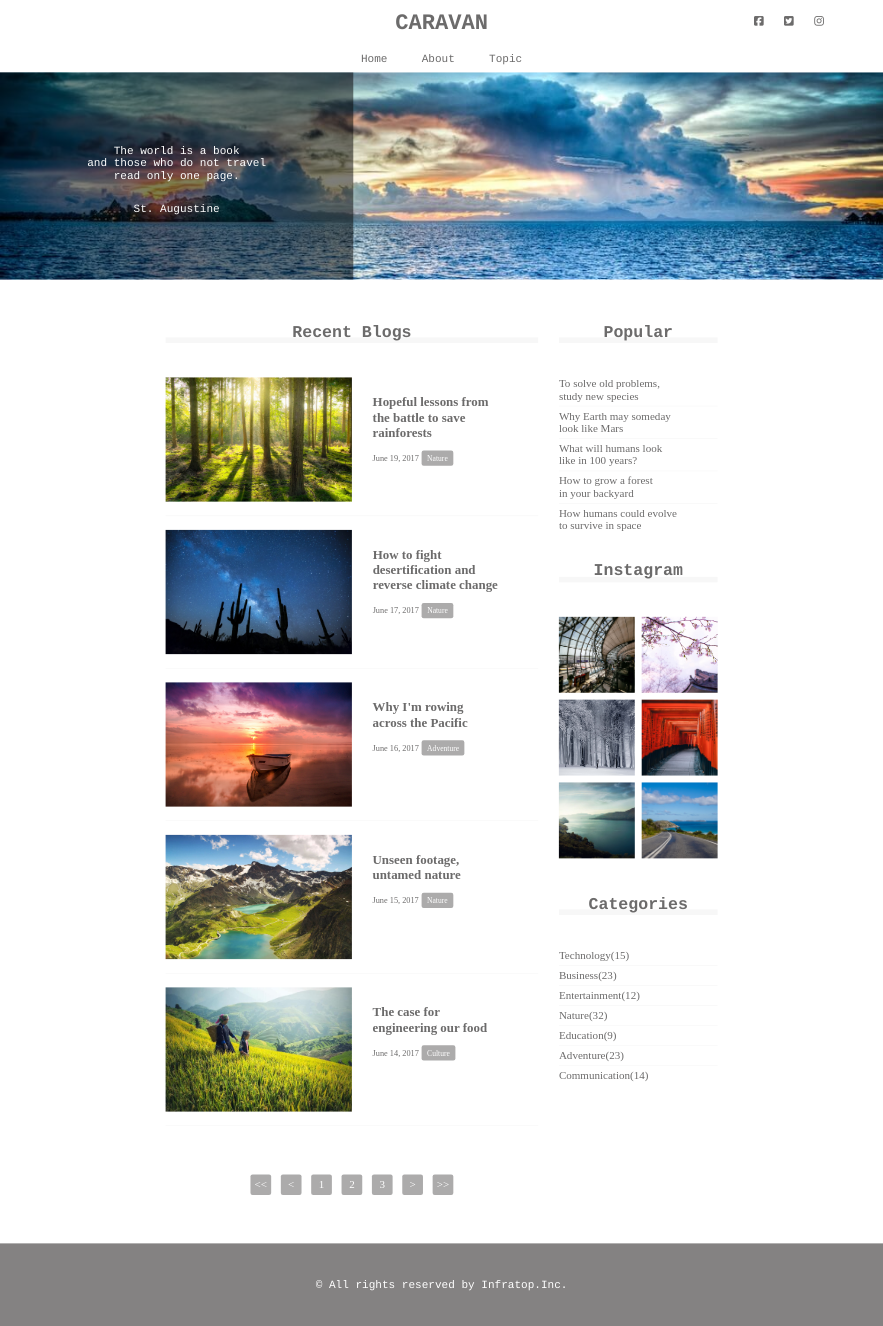
Repository: shimizuayuka/wcp_PHP
Page: caravan/index.html
The author's editor kept a record of every edit. The page is drawn from the files as they stood at one moment, then again after the next edit.
The browser window is 1280 px wide. The pictures show the whole page, at 69% of full size.
Some web libraries are served in a nearby version.

Above is the page before.

### caravan/index.html
<!DOCTYPE html>
<html lang="ja">
  <head>
    <meta charset="UTF-8" />
    <meta name="viewport" content="width=device-width,initial-scale=1.0">
    <script src="https://kit.fontawesome.com/22867ca46b.js" crossorigin="anonymous"></script>
    <!-- CSSファイルの読み込み -->
    <link rel="stylesheet" href="style.css" />
    <title>CARAVAN</title>
  </head>

  <body>
    <!-- header -->
    <header>
      <h1 class="heading">
        <a href="index.html">
          CARAVAN
        </a>
      </h1>

      <div class="social">
        <i class="fab fa-facebook-square"></i>
        <i class="fab fa-twitter-square"></i>
        <i class="fab fa-instagram"></i>
      </div>
    </header>

     <!-- navigation -->
    <nav>
      <ul class="nav-list">
        <li class="nav-list-item">
          <a href="index.html">Home</a>
        </li>
        <li class="nav-list-item">About</li>
        <li class="nav-list-item">Topic</li>
      </ul>
    </nav>

    <!-- main-visual用のdiv -->
    <div class="main-visual">
      <div class="main-visual-content">
         <!-- pタグ（と文字）を追加 -->
       <p class="main-visual-text">
          The world is a book<br />
          and those who do not travel<br />
          read only one page.
        </p>
        <p class="main-visual-name">
          St. Augustine
        </p>
      </div>
    </div>

    <!-- main用のdiv -->
     <main>
      <section class="blog">
        <h2 class="blog-heading">Recent Blogs</h2>

         <div class="blog-box">
          <div class="blog-item">
            <img class="blog-image" src="img/img/forest.jpg" />
            <section class="blog-text">
              <h3 class="blog-text-heading">
                <a href="single.html">
                  Hopeful lessons from<br>
                  the battle to save<br>
                  rainforests
                </a>
              </h3>
              <p class="blog-date">June 19, 2017</p>
              <span class="category">Nature</span>
            </section>
          </div>
          <div class="blog-item">
            <img class="blog-image" src="img/img/desert.jpg" />
            <section class="blog-text">
              <h3 class="blog-text-heading">
                <a href="single.html">
                  How to fight<br>
                  desertification and<br>
                  reverse climate change
                </a>
              </h3>
              <p class="blog-date">June 17, 2017</p>
              <span class="category">Nature</span>
            </section>
          </div>
          <div class="blog-item">
            <img class="blog-image" src="img/img/sunset.jpg" />
            <section class="blog-text">
              <h3 class="blog-text-heading">
                <a href="single.html">
                  Why I'm rowing<br>
                  across the Pacific
                </a>
              </h3>
              <p class="blog-date">June 16, 2017</p>
              <span class="category">Adventure</span>
            </section>
          </div>
          <div class="blog-item">
            <img class="blog-image" src="img/img/italy.jpg" />
            <section class="blog-text">
              <h3 class="blog-text-heading">
                <a href="single.html">
                  Unseen footage,<br>
                  untamed nature
                </a>
              </h3>
              <p class="blog-date">June 15, 2017</p>
              <span class="category">Nature</span>
            </section>
          </div>
          <div class="blog-item">
            <img class="blog-image" src="img/img/asia.jpg" />
            <section class="blog-text">
              <h3 class="blog-text-heading">
                <a href="single.html">
                  The case for<br>
                  engineering our food
                </a>
              </h3>
              <p class="blog-date">June 14, 2017</p>
              <span class="category">Culture</span>
            </section>
          </div>
        </div>
        <div class="pagination">
          <p><<</p>
          <p><</p>
          <p>1</p>
          <p>2</p>
          <p>3</p>
          <p>></p>
          <p>>></p>
        </div>
      </section>

      <div class="sidebar">
        <section class="popular">
          <h2 class="popular-heading common-heading">Popular</h2>
          <div class="sidebar-contents">
             <p class="popular-text">To solve old problems,<br>study new species</p>
            <p class="popular-text">Why Earth may someday<br>look like Mars</p>
            <p class="popular-text">What will humans look<br>like in 100 years?</p>
            <p class="popular-text">How to grow a forest<br>in your backyard</p>
            <p class="popular-text">How humans could evolve<br>to survive in space</p>
          </div>
        </section>
        <section class="instagram">
          <h2 class="instagram-heading common-heading">Instagram</h2>
          <div class="sidebar-contents">
            <div class="instagram-box"></div>
            <div class="instagram-box"></div>
            <div class="instagram-box"></div>
            <div class="instagram-box"></div>
            <div class="instagram-box"></div>
            <div class="instagram-box"></div>
          </div>
        </section>
        <section class="categories">
          <h2 class="categories-heading common-heading">Categories</h2>
          <div class="sidebar-contents">
            <p class="categories-text">Technology(15)</p>
            <p class="categories-text">Business(23)</p>
            <p class="categories-text">Entertainment(12)</p>
            <p class="categories-text">Nature(32)</p>
            <p class="categories-text">Education(9)</p>
            <p class="categories-text">Adventure(23)</p>
            <p class="categories-text">Communication(14)</p>
          </div>
        </section>
      </div>
    </main>

    <!-- footer -->
    <footer>
      <p class="footer-text">© All rights reserved by Infratop.Inc.</p>
    </footer>
  </body>
</html>

### caravan/style.css
/* ブラウザがそれぞれ持っているCSSをリセットするための記述 */
* {
  margin: 0;
  padding: 0;
  box-sizing: border-box;
  color: #6c6b6b;
}

a {
  text-decoration: none;
}

header, nav, h2, .main-visual, footer {
  font-family: Chalkduster, "Bradley Hand", Courier, "Segoe Print", sans-serif;
}

header {
  width: 90%; /* 横幅90% */
  padding: 15px 0;
  margin: 0 auto;
  text-align: center;
  position: relative;
}

.social i {
  display: inline-block;
  margin-left: 20px;
}

.social {
  position: absolute;
  top: 22px;
  right: 22px;
}

header .heading {
  /* headerタグ内のheadingクラスにのみ反映される */
  font-size: 32px;
}

.nav-list {
  text-align: center;
  padding: 10px 0;
  margin: 0 auto;
}

.nav-list-item {
  list-style: none;
  display: inline-block;
  margin: 0 20px;
}

.main-visual {
  width: 100%; /* 横幅いっぱい */
  height: 300px; /* 高さ300px */
  background-image: url(img/img/mv.jpg);
  background-size: cover; /* 縦横比を維持したまま背景領域を埋め尽くす */
  background-position: center; /* 背景画像を中央に配置 */
}

.main-visual-content {
  width: 40%; /* 横幅40% */
  height: 300px; /* 親の高さに揃える */
  background-color: rgba(0, 0, 0, 0.5); /* 背景色を半透明の黒にする */
  text-align: center; /* 文字を中央揃えにする */
  padding-top: 105px; /* 上側の内側余白で垂直方向の位置を調整 */
}

.main-visual-text {
  color: #fff; /* 文字色を白に変更 */
}

.main-visual-name {
  margin-top: 30px; /* 上側の外側の余白 */
  color: #fff; /* 文字色を白に変更 */
}

main {
  width: 800px; /* 横幅800px */
  display: flex; /* Flexboxの利用 */
  justify-content: center; /* 要素の横並び・中央寄せ */
  margin: 0 auto; /* 要素の中央揃え */
  padding: 70px 0; /* 上下に70px、左右に0pxの内側余白 */
}

.blog {
  width: 540px;
  margin-right: 30px; /* 領域の右側余白 */
}

.blog-heading {
  border-bottom: 8px solid #f7f7f7;
  text-align: center;
  line-height: 0.6;
}

.blog-box {
  padding-top: 50px;
}

.blog-item {
  padding-bottom: 20px;
  margin-bottom: 20px;
  border-bottom: 1px solid #f7f7f7;
  display: flex;
  justify-content: flex-start;
}

.blog-image {
  height: 180px;
}

.blog-text {
  padding: 25px 0 0 30px;
}

.blog-text-heading {
  padding-bottom: 15px;
}

.blog-date {
  font-size: 12px;
  display: inline-block;
}

.category {
  display: inline-block;
  padding: 5px 8px;
  background-color: #acabab;
  border-radius: 3px;
  color: #fff;
  font-size: 11px;
}

.pagination {
  text-align: center;
  padding-top: 50px;
}

.pagination p {
  display:inline-block;
  width: 30px;
  height: 30px;
  margin: 0 5px;
  color: #fff;
  background-color: #acabab;
  border-radius: 3px;
  line-height:30px;
}

.sidebar {
  width: 230px;
}

.common-heading {
  border-bottom: 8px solid #f7f7f7;
  text-align: center;
  line-height: 0.6;
}

.sidebar-contents {
  padding: 50px 0;
}

.popular-text,
.categories-text {
  padding-bottom: 5px;
  border-bottom: 1px solid #f7f7f7;
  margin-bottom: 5px;
}

.popular-text:last-child,
.categories-text:last-child {
  margin: 0;
  padding: 0;
  border: none;
}

.instagram .sidebar-contents {
  display: flex;
  flex-wrap: wrap;
}

.instagram-box {
  width: 110px;
  padding-top: 110px;
  background-size: cover;
  background-position: center;
  margin-bottom: 10px;
}

.instagram-box:nth-child(odd) {
  margin: 0 10px 10px 0;
}

.instagram-box:nth-child(1) {
  background-image: url(img/img/airport.jpg);
}

.instagram-box:nth-child(2) {
  background-image: url(img/img/japan.jpg);
}

.instagram-box:nth-child(3) {
  background-image: url(img/img/snow.jpg);
}

.instagram-box:nth-child(4) {
  background-image: url(img/img/japan2.jpg);
}

.instagram-box:nth-child(5) {
  background-image: url(img/img/lake.jpg);
}

.instagram-box:nth-child(6) {
  background-image: url(img/img/road.jpg);
}

footer {
  width: 100%;
  height: 120px;
  text-align: center;
  line-height: 120px;
  background-color: #848282;
}

.footer-text {
  color: #fff;
}

@media screen and (max-width: 425px) {
  header {
    width: 100%;
  }

After the next edit:
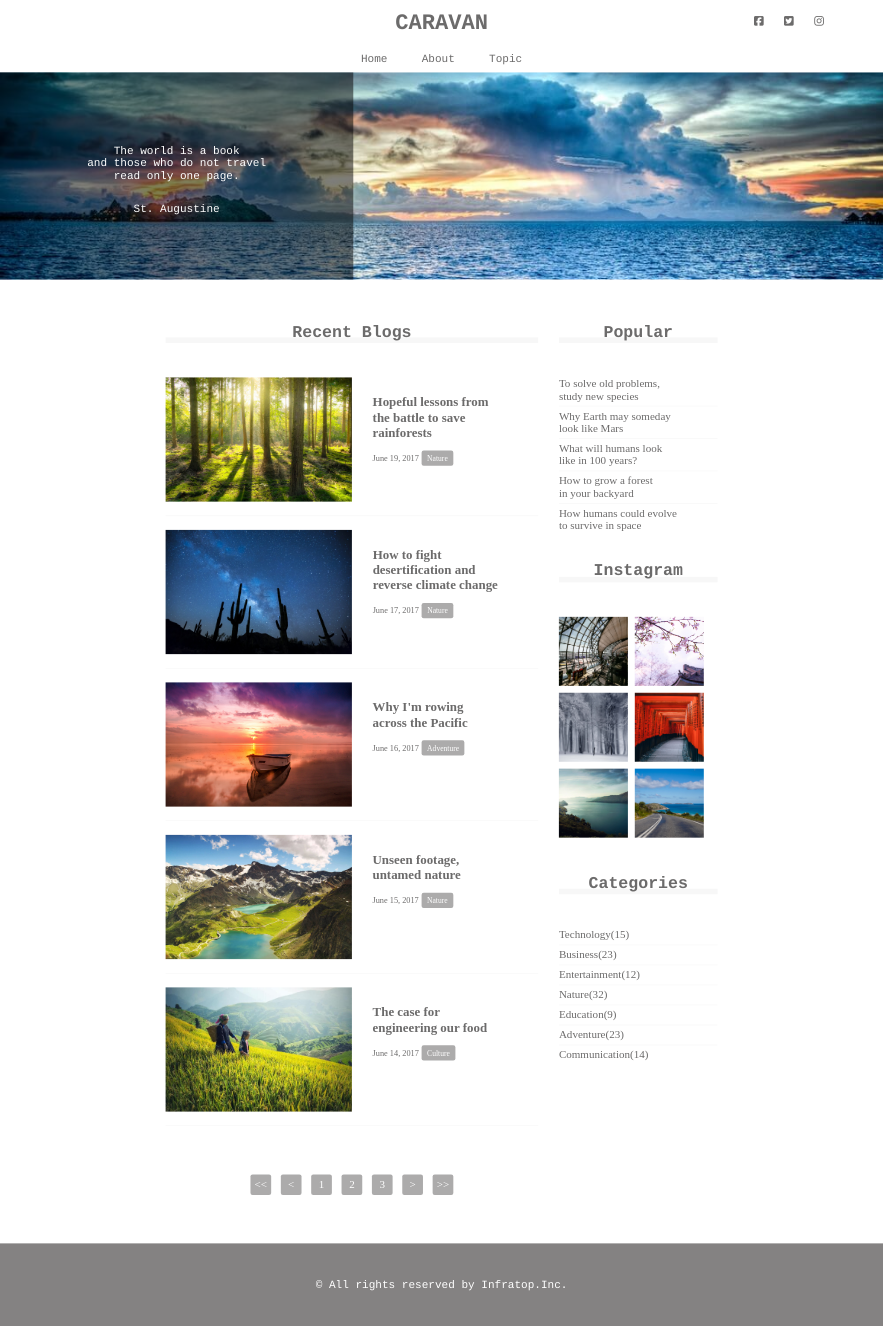
The edit:
--- a/caravan/style.css
+++ b/caravan/style.css
@@ -182,8 +182,8 @@
 }
 
 .instagram-box {
-  width: 110px;
-  padding-top: 110px;
+  width: 100px;
+  padding-top: 100px;
   background-size: cover;
   background-position: center;
   margin-bottom: 10px;
